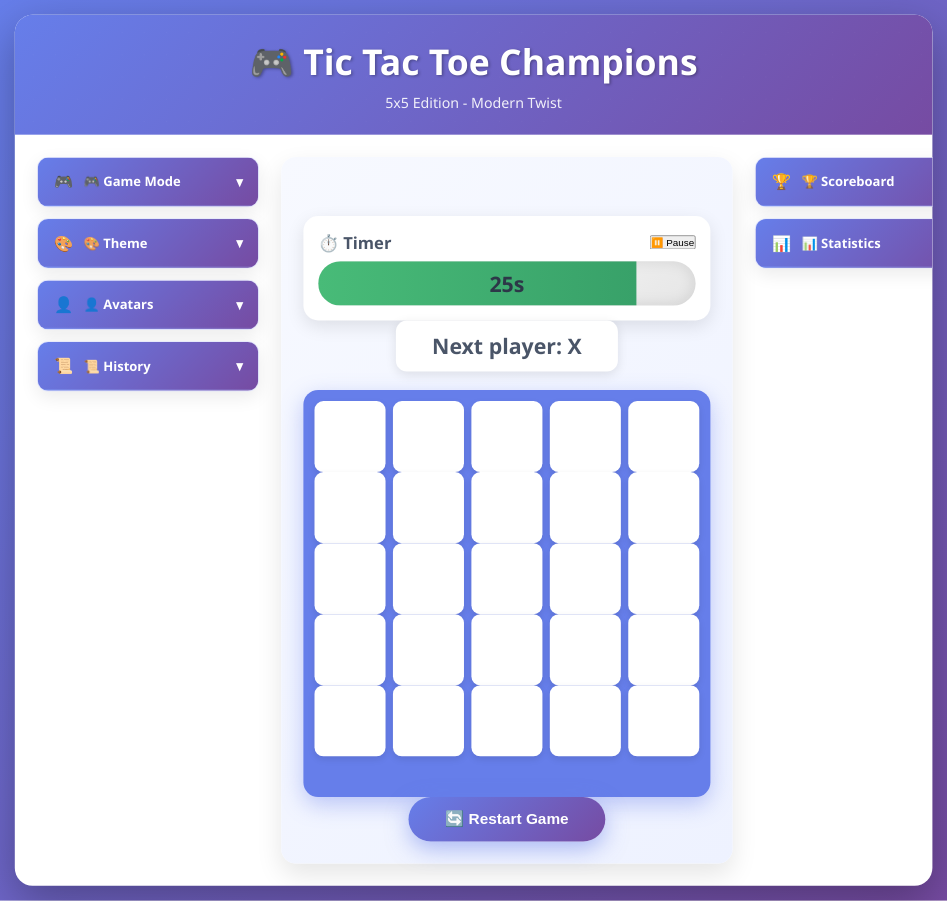
Repository: sofia123776/TIC-TAC-TOE
Page: /
An editor plug-in stored every save of this project. The page is shown before and after the next save, followed by the edit.
The browser window is 1280 px wide. The pictures show the whole page, at 74% of full size.
The project was rebuilt for these pictures with package versions that can differ from the ones it lists, and the page was loaded fresh each time. Also part of the build but not shown: vite.config.js.

Above is the page before, as saved 2025-12-09 17:52:38.

### index.html
<!doctype html>
<html lang="en">
  <head>
    <meta charset="UTF-8" />
    <link rel="icon" type="image/svg+xml" href="/vite.svg" />
    <meta name="viewport" content="width=device-width, initial-scale=1.0" />
    <title>tic-tac-toe</title>
  </head>
  <body>
    <div id="root"></div>
    <script type="module" src="/src/main.jsx"></script>
  </body>
</html>

### src/main.jsx
// src/main.jsx
import React from 'react'
import ReactDOM from 'react-dom/client'
import App from './App'
import './App.css'

ReactDOM.createRoot(document.getElementById('root')).render(
  <React.StrictMode>
    <App />
  </React.StrictMode>
)

### src/App.css
/* ===== RESET & BASE ===== */
* {
  margin: 0;
  padding: 0;
  box-sizing: border-box;
}

body {
  font-family: 'Segoe UI', Tahoma, Geneva, Verdana, sans-serif;
  background: linear-gradient(135deg, #667eea 0%, #764ba2 100%);
  min-height: 100vh;
  padding: 20px;
}

/* ===== MAIN CONTAINER ===== */
.game-container {
  max-width: 1400px;
  margin: 0 auto;
  background: white;
  border-radius: 24px;
  box-shadow: 0 20px 60px rgba(0, 0, 0, 0.3);
  overflow: hidden;
  min-height: 90vh;
}

/* ===== HEADER ===== */
.game-header {
  background: linear-gradient(135deg, #667eea 0%, #764ba2 100%);
  color: white;
  padding: 30px 40px;
  text-align: center;
  position: relative;
  overflow: hidden;
}

.game-header::before {
  content: '';
  position: absolute;
  top: -50%;
  left: -50%;
  width: 200%;
  height: 200%;
  background: radial-gradient(circle, rgba(255,255,255,0.1) 1px, transparent 1px);
  background-size: 30px 30px;
  opacity: 0.3;
}

.game-title {
  font-size: 3rem;
  font-weight: 800;
  margin-bottom: 10px;
  text-shadow: 2px 2px 4px rgba(0,0,0,0.3);
  position: relative;
  z-index: 1;
}

.header-subtitle {
  font-size: 1.2rem;
  opacity: 0.9;
  position: relative;
  z-index: 1;
}

/* ===== GAME CONTENT LAYOUT ===== */
.game-content {
  display: grid;
  grid-template-columns: 300px 1fr 300px;
  gap: 30px;
  padding: 30px;
  min-height: 700px;
}

/* ===== SIDEBARS ===== */
.sidebar {
  display: flex;
  flex-direction: column;
  gap: 15px;
}

/* ===== SIDEBAR PANELS ===== */
.sidebar-panel {
  background: #f8f9ff;
  border-radius: 15px;
  overflow: hidden;
  box-shadow: 0 8px 25px rgba(0, 0, 0, 0.08);
  border: 1px solid rgba(102, 126, 234, 0.1);
  transition: all 0.3s ease;
}

.sidebar-panel.closed {
  background: #f0f2ff;
}

.panel-header {
  padding: 18px 20px;
  display: flex;
  align-items: center;
  cursor: pointer;
  background: linear-gradient(135deg, #667eea 0%, #764ba2 100%);
  color: white;
  border-bottom: 2px solid rgba(255, 255, 255, 0.1);
  transition: all 0.3s;
}

.panel-header:hover {
  background: linear-gradient(135deg, #5a6fd8 0%, #6a4290 100%);
  padding-left: 25px;
}

.panel-icon {
  font-size: 1.3rem;
  margin-right: 12px;
  width: 30px;
  text-align: center;
}

.panel-title {
  flex: 1;
  font-weight: 700;
  font-size: 1.1rem;
}

.panel-toggle {
  font-size: 0.9rem;
  transition: transform 0.3s;
}

.sidebar-panel.open .panel-toggle {
  transform: rotate(180deg);
}

.panel-content {
  padding: 20px;
  max-height: 400px;
  overflow-y: auto;
  animation: slideDown 0.3s ease;
}

@keyframes slideDown {
  from {
    opacity: 0;
    transform: translateY(-10px);
  }
  to {
    opacity: 1;
    transform: translateY(0);
  }
}

/* ===== GAME MODE SECTION ===== */
.game-mode-selector {
  display: flex;
  flex-direction: column;
  gap: 12px;
  margin-bottom: 20px;
}

.mode-option {
  display: flex;
  align-items: center;
  gap: 15px;
  padding: 15px;
  background: white;
  border: 2px solid #e2e8f0;
  border-radius: 12px;
  cursor: pointer;
  transition: all 0.3s;
}

.mode-option:hover {
  border-color: #667eea;
  transform: translateX(5px);
}

.mode-option.active {
  background: linear-gradient(135deg, #667eea15 0%, #764ba215 100%);
  border-color: #667eea;
  box-shadow: 0 4px 15px rgba(102, 126, 234, 0.2);
}

.mode-icon {
  font-size: 1.5rem;
  width: 40px;
  height: 40px;
  display: flex;
  align-items: center;
  justify-content: center;
  background: linear-gradient(135deg, #667eea 0%, #764ba2 100%);
  color: white;
  border-radius: 10px;
}

/* ===== AI SETTINGS ===== */
.ai-settings {
  border-top: 2px solid #e2e8f0;
  padding-top: 20px;
  margin-top: 20px;
}

.setting-group {
  margin-bottom: 25px;
}

.setting-title {
  font-size: 1rem;
  color: #4a5568;
  margin-bottom: 12px;
  font-weight: 600;
}

.difficulty-options {
  display: flex;
  flex-direction: column;
  gap: 8px;
}

.difficulty-option {
  display: flex;
  align-items: center;
  gap: 10px;
  padding: 12px 15px;
  background: white;
  border: 2px solid #e2e8f0;
  border-radius: 10px;
  cursor: pointer;
  transition: all 0.3s;
}

.difficulty-option:hover {
  border-color: #667eea;
}

.difficulty-option.active {
  background: linear-gradient(135deg, #667eea10 0%, #764ba210 100%);
  border-color: #667eea;
}

.difficulty-dot {
  width: 12px;
  height: 12px;
  border-radius: 50%;
  margin-right: 5px;
}

.difficulty-dot.easy {
  background: #48bb78;
}

.difficulty-dot.medium {
  background: #ed8936;
}

.difficulty-dot.hard {
  background: #f56565;
}

.player-options {
  display: flex;
  gap: 10px;
}

.player-option {
  flex: 1;
  display: flex;
  flex-direction: column;
  align-items: center;
  padding: 15px;
  background: white;
  border: 2px solid #e2e8f0;
  border-radius: 12px;
  cursor: pointer;
  transition: all 0.3s;
  position: relative;
}

.player-option:hover {
  border-color: #667eea;
}

.player-option.active {
  background: linear-gradient(135deg, #667eea10 0%, #764ba210 100%);
  border-color: #667eea;
}

.option-avatar {
  width: 50px;
  height: 50px;
  border-radius: 50%;
  object-fit: cover;
  margin-bottom: 8px;
  border: 2px solid #e2e8f0;
}

.player-option.active .option-avatar {
  border-color: #667eea;
}

.player-badge {
  position: absolute;
  top: 8px;
  right: 8px;
  background: #48bb78;
  color: white;
  font-size: 0.7rem;
  padding: 2px 8px;
  border-radius: 10px;
}

.ai-info {
  margin-top: 20px;
  padding: 15px;
  background: #f0f7ff;
  border-radius: 10px;
  border-left: 4px solid #4299e1;
}

.ai-description {
  font-size: 0.9rem;
  color: #4a5568;
  text-align: center;
}

/* ===== THEME SELECTOR ===== */
.theme-options {
  display: flex;
  flex-direction: column;
  gap: 12px;
}

.theme-option {
  display: flex;
  align-items: center;
  gap: 15px;
  padding: 15px;
  background: white;
  border: 2px solid #e2e8f0;
  border-radius: 12px;
  cursor: pointer;
  transition: all 0.3s;
}

.theme-option:hover {
  transform: translateX(5px);
}

.theme-option.active {
  border-color: #667eea;
  box-shadow: 0 4px 15px rgba(102, 126, 234, 0.2);
}

.theme-preview {
  width: 40px;
  height: 40px;
  border-radius: 8px;
  border: 2px solid #e2e8f0;
}

.theme-preview.cyberpunk {
  background: linear-gradient(135deg, #0f0c29, #302b63);
}

.theme-preview.neon {
  background: linear-gradient(135deg, #000000, #1a1a2e);
}

.theme-preview.sunset {
  background: linear-gradient(135deg, #ff6b6b, #556270);
}

/* ===== MAIN GAME AREA ===== */
.main-game-area {
  display: flex;
  flex-direction: column;
  align-items: center;
  justify-content: center;
  gap: 25px;
}

.game-board-wrapper {
  background: linear-gradient(135deg, #f7f9ff 0%, #eef2ff 100%);
  padding: 30px;
  border-radius: 20px;
  box-shadow: 0 15px 35px rgba(0, 0, 0, 0.1);
  width: 100%;
  max-width: 700px;
}

/* ===== TIMER IN MAIN AREA ===== */
.timer-display-main {
  background: white;
  border-radius: 20px;
  padding: 20px;
  box-shadow: 0 8px 25px rgba(0, 0, 0, 0.1);
  width: 100%;
  max-width: 700px;
  margin-top: 50px;
}

.timer-header {
  display: flex;
  justify-content: space-between;
  align-items: center;
  margin-bottom: 10px;
}

.timer-header h3 {
  font-size: 1.4rem;
  color: #4a5568;
  display: flex;
  align-items: center;
  gap: 10px;
}

.timer-circle-main {
  position: relative;
  width: 100%;
  height: 60px;
  border-radius: 30px;
  background: linear-gradient(145deg, #ffffff, #e6e6e6);
  box-shadow: inset 0 0 20px rgba(0, 0, 0, 0.1);
  overflow: hidden;
}

.timer-circle-main.warning {
  background: linear-gradient(145deg, #fff5f5, #fed7d7);
}

.timer-value {
  position: absolute;
  top: 50%;
  left: 50%;
  transform: translate(-50%, -50%);
  font-size: 1.8rem;
  font-weight: 800;
  color: #2d3748;
  z-index: 2;
}

.timer-progress {
  position: absolute;
  top: 0;
  left: 0;
  height: 100%;
  background: linear-gradient(to right, #48bb78, #38a169);
  transition: width 1s linear;
}

.timer-circle-main.warning .timer-progress {
  background: linear-gradient(to right, #f56565, #e53e3e);
}

/* ===== 5x5 GAME BOARD - FIXED ===== */
.board-container {
  display: flex;
  flex-direction: column;
  align-items: center;
  gap: 25px;
}

.status {
  font-size: 1.8rem;
  font-weight: 700;
  color: #4a5568;
  text-align: center;
  padding: 15px 30px;
  background: white;
  border-radius: 15px;
  box-shadow: 0 4px 15px rgba(0, 0, 0, 0.1);
  min-width: 300px;
}

.status.winner {
  background: linear-gradient(135deg, #48bb78, #38a169);
  color: white;
  animation: pulse 2s infinite;
}

@keyframes pulse {
  0%, 100% { transform: scale(1); }
  50% { transform: scale(1.05); }
}

.board-grid {
  display: grid;
  grid-template-columns: repeat(5, 1fr);
  grid-template-rows: repeat(5, 1fr);
  gap: 10px;
  background: #667eea;
  padding: 15px;
  border-radius: 20px;
  box-shadow: 0 10px 30px rgba(102, 126, 234, 0.4);
  width: 550px;
  height: 550px;
}

.square {
  background: white;
  border: none;
  border-radius: 12px;
  display: flex;
  align-items: center;
  justify-content: center;
  cursor: pointer;
  transition: all 0.3s;
  box-shadow: 0 4px 10px rgba(0, 0, 0, 0.1);
  width: 100%;
  height: 100%;
  min-width: 0;
  min-height: 0;
}

.square:hover {
  background: #f7fafc;
  transform: scale(1.05);
  box-shadow: 0 6px 20px rgba(0, 0, 0, 0.15);
}

.square.highlight {
  background: linear-gradient(135deg, #f6e05e, #d69e2e);
  animation: highlight-pulse 1.5s infinite;
}

@keyframes highlight-pulse {
  0%, 100% { box-shadow: 0 0 20px rgba(246, 224, 94, 0.6); }
  50% { box-shadow: 0 0 30px rgba(246, 224, 94, 0.9); }
}

.avatar-img {
  width: 60px;
  height: 60px;
  border-radius: 50%;
  object-fit: cover;
  border: 3px solid #e2e8f0;
}

/* ===== AI INDICATOR ===== */
.ai-indicator {
  background: white;
  border-radius: 15px;
  padding: 15px;
  margin-bottom: 20px;
  box-shadow: 0 4px 15px rgba(0, 0, 0, 0.1);
}

.ai-labels {
  display: flex;
  justify-content: space-between;
  align-items: center;
}

.ai-label {
  flex: 1;
  text-align: center;
  padding: 10px;
  border-radius: 10px;
  font-weight: 600;
  font-size: 1.1rem;
}

.ai-label.ai {
  background: linear-gradient(135deg, #f5656510 0%, #e53e3e10 100%);
  color: #e53e3e;
}

.ai-label.human {
  background: linear-gradient(135deg, #48bb7810 0%, #38a16910 100%);
  color: #38a169;
}

.ai-label-vs {
  padding: 0 20px;
  font-weight: 700;
  color: #4a5568;
}

/* ===== ACTION BUTTONS ===== */
.action-buttons {
  display: flex;
  justify-content: center;
  width: 100%;
  max-width: 700px;
}

.restart-btn-main {
  padding: 18px 50px;
  font-size: 1.3rem;
  font-weight: 700;
  background: linear-gradient(135deg, #667eea 0%, #764ba2 100%);
  color: white;
  border: none;
  border-radius: 50px;
  cursor: pointer;
  transition: all 0.3s;
  box-shadow: 0 10px 30px rgba(102, 126, 234, 0.5);
}

.restart-btn-main:hover {
  transform: scale(1.05);
  box-shadow: 0 15px 40px rgba(102, 126, 234, 0.7);
}

/* ===== AVATAR SELECTION - FIXED ===== */
.avatar-selection-grid {
  display: flex;
  flex-direction: column;
  gap: 25px;
}

.avatar-selector-compact {
  display: flex;
  flex-direction: column;
  align-items: center;
  gap: 15px;
  padding: 15px;
  background: white;
  border-radius: 15px;
  border: 2px solid #e2e8f0;
}

.player-label {
  font-weight: 700;
  color: #4a5568;
  font-size: 1.1rem;
  text-transform: uppercase;
  letter-spacing: 1px;
  text-align: center;
  width: 100%;
  padding-bottom: 10px;
  border-bottom: 2px solid #e2e8f0;
}

.current-avatar {
  width: 80px;
  height: 80px;
  border-radius: 50%;
  overflow: hidden;
  border: 4px solid #667eea;
  box-shadow: 0 4px 15px rgba(102, 126, 234, 0.3);
}

.current-avatar img {
  width: 100%;
  height: 100%;
  object-fit: cover;
  display: block;
}

.avatar-options-compact {
  display: flex;
  flex-wrap: wrap;
  gap: 10px;
  justify-content: center;
}

.avatar-option-compact {
  width: 50px;
  height: 50px;
  border-radius: 50%;
  overflow: hidden;
  cursor: pointer;
  border: 3px solid #cbd5e0;
  transition: all 0.3s;
  flex-shrink: 0;
}

.avatar-option-compact:hover {
  transform: scale(1.1);
  border-color: #667eea;
}

.avatar-option-compact.selected {
  border-color: #48bb78;
  transform: scale(1.15);
  box-shadow: 0 4px 15px rgba(72, 187, 120, 0.4);
}

.avatar-option-compact img {
  width: 100%;
  height: 100%;
  object-fit: cover;
  display: block;
}

/* ===== SCOREBOARD ===== */
.scoreboard-cards {
  display: flex;
  flex-direction: column;
  gap: 15px;
}

.score-card {
  display: flex;
  align-items: center;
  gap: 20px;
  padding: 20px;
  background: white;
  border-radius: 15px;
  box-shadow: 0 4px 15px rgba(0, 0, 0, 0.08);
  transition: transform 0.3s;
}

.score-card:hover {
  transform: translateY(-3px);
}

.player-x-score {
  border-left: 5px solid #f56565;
}

.player-o-score {
  border-left: 5px solid #4299e1;
}

.draws-score {
  border-left: 5px solid #ed8936;
}

.score-avatar {
  width: 60px;
  height: 60px;
  border-radius: 50%;
  overflow: hidden;
  flex-shrink: 0;
  position: relative;
}

.score-avatar img {
  width: 100%;
  height: 100%;
  object-fit: cover;
  display: block;
}

.ai-badge {
  position: absolute;
  bottom: -5px;
  right: -5px;
  background: #f56565;
  color: white;
  width: 25px;
  height: 25px;
  border-radius: 50%;
  display: flex;
  align-items: center;
  justify-content: center;
  font-size: 0.8rem;
  border: 2px solid white;
}

.score-info {
  flex: 1;
}

.score-info h4 {
  font-size: 1.1rem;
  color: #4a5568;
  margin-bottom: 5px;
}

.score-value {
  font-size: 2.5rem;
  font-weight: 800;
  color: #2d3748;
  line-height: 1;
}

.score-label {
  font-size: 0.9rem;
  color: #a0aec0;
  margin-top: 2px;
}

/* ===== PLAYER STATISTICS ===== */
.player-tabs {
  display: flex;
  gap: 10px;
  margin-bottom: 20px;
}

.player-tab {
  flex: 1;
  display: flex;
  flex-direction: column;
  align-items: center;
  gap: 8px;
  padding: 15px;
  background: white;
  border-radius: 15px;
  cursor: pointer;
  transition: all 0.3s;
  border: 2px solid #e2e8f0;
}

.player-tab:hover {
  border-color: #667eea;
}

.player-tab.active {
  background: linear-gradient(135deg, #667eea 0%, #764ba2 100%);
  color: white;
  border-color: #667eea;
  transform: translateY(-2px);
  box-shadow: 0 6px 20px rgba(102, 126, 234, 0.4);
}

.tab-avatar {
  width: 40px;
  height: 40px;
  border-radius: 50%;
  object-fit: cover;
}

.player-tab.active .tab-avatar {
  border: 2px solid white;
}

.stats-grid {
  display: grid;
  grid-template-columns: repeat(2, 1fr);
  gap: 15px;
  margin-bottom: 20px;
}

.stat-box {
  background: white;
  border-radius: 15px;
  padding: 15px;
  display: flex;
  align-items: center;
  gap: 15px;
  box-shadow: 0 4px 12px rgba(0, 0, 0, 0.05);
}

.stat-icon {
  font-size: 2rem;
  width: 50px;
  height: 50px;
  display: flex;
  align-items: center;
  justify-content: center;
  background: linear-gradient(135deg, #667eea 0%, #764ba2 100%);
  color: white;
  border-radius: 12px;
}

.stat-content {
  flex: 1;
}

.stat-value {
  font-size: 1.5rem;
  font-weight: 800;
  color: #2d3748;
  line-height: 1;
}

.stat-label {
  font-size: 0.8rem;
  color: #a0aec0;
  margin-top: 10px;
}

.detailed-stats {
  background: white;
  border-radius: 15px;
  padding: 20px;
  box-shadow: 0 4px 12px rgba(0, 0, 0, 0.05);
}

.detailed-stat {
  display: flex;
  justify-content: space-between;
  align-items: center;
  padding: 10px 0;
  border-bottom: 1px solid #e2e8f0;
}

.detailed-stat:last-child {
  border-bottom: none;
}

.stat-number {
  font-weight: 700;
  font-size: 1.2rem;
}

.stat-number.win {
  color: #48bb78;
}

.stat-number.loss {
  color: #f56565;
}

.player-stats {
  display: none;
}

.player-stats.active {
  display: block;
  animation: fadeIn 0.5s ease;
}

@keyframes fadeIn {
  from { opacity: 0; transform: translateY(10px); }
  to { opacity: 1; transform: translateY(0); }
}

/* ===== AI THINKING INDICATOR ===== */
.ai-thinking-indicator {
  position: fixed;
  top: 0;
  left: 0;
  right: 0;
  bottom: 0;
  background: rgba(0, 0, 0, 0.8);
  display: flex;
  align-items: center;
  justify-content: center;
  z-index: 1000;
  backdrop-filter: blur(10px);
}

.ai-thinking-content {
  background: white;
  padding: 40px;
  border-radius: 20px;
  text-align: center;
  box-shadow: 0 20px 60px rgba(0, 0, 0, 0.4);
  animation: popIn 0.6s cubic-bezier(0.68, -0.55, 0.265, 1.55);
}

.thinking-dots {
  font-size: 3rem;
  margin-bottom: 15px;
}

.thinking-dots .dot {
  animation: blink 1.5s infinite;
  opacity: 0;
}

.thinking-dots .dot:nth-child(2) { animation-delay: 0.2s; }
.thinking-dots .dot:nth-child(3) { animation-delay: 0.4s; }

@keyframes blink {
  0%, 100% { opacity: 0.2; }
  50% { opacity: 1; }
}

.ai-thinking-content p {
  font-size: 1.2rem;
  color: #4a5568;
  font-weight: 600;
}

/* ===== GAME OVER POPUP ===== */
.game-over-overlay {
  position: fixed;
  top: 0;
  left: 0;
  right: 0;
  bottom: 0;
  background: rgba(0, 0, 0, 0.8);
  display: flex;
  justify-content: center;
  align-items: center;
  z-index: 1000;
  backdrop-filter: blur(10px);
}

.game-over-box {
  background: white;
  padding: 50px;
  border-radius: 30px;
  text-align: center;
  max-width: 500px;
  width: 90%;
  box-shadow: 0 30px 60px rgba(0, 0, 0, 0.4);
  animation: popIn 0.6s cubic-bezier(0.68, -0.55, 0.265, 1.55);
}

@keyframes popIn {
  0% {
    opacity: 0;
    transform: scale(0.5) rotate(-10deg);
  }
  100% {
    opacity: 1;
    transform: scale(1) rotate(0deg);
  }
}

.celebration {
  font-size: 4rem;
  margin-bottom: 20px;
  animation: bounce 2s infinite;
}

@keyframes bounce {
  0%, 100% { transform: translateY(0); }
  50% { transform: translateY(-20px); }
}

.game-over-box h2 {
  font-size: 2.5rem;
  color: #2d3748;
  margin-bottom: 15px;
}

.ai-result-message {
  background: linear-gradient(135deg, #667eea10 0%, #764ba210 100%);
  padding: 15px;
  border-radius: 15px;
  margin: 20px 0;
  font-size: 1.2rem;
  color: #4a5568;
}

.ai-difficulty-tag {
  display: inline-block;
  background: #667eea;
  color: white;
  padding: 5px 15px;
  border-radius: 20px;
  font-size: 0.9rem;
  margin-top: 8px;
}

.popup-message {
  font-size: 1.2rem;
  color: #718096;
  margin-bottom: 30px;
}

.restart-btn {
  padding: 18px 50px;
  font-size: 1.3rem;
  font-weight: 700;
  background: linear-gradient(135deg, #667eea 0%, #764ba2 100%);
  color: white;
  border: none;
  border-radius: 50px;
  cursor: pointer;
  transition: all 0.3s;
  box-shadow: 0 10px 30px rgba(102, 126, 234, 0.5);
}

.restart-btn:hover {
  transform: scale(1.05);
  box-shadow: 0 15px 40px rgba(102, 126, 234, 0.7);
}

/* ===== RESPONSIVE DESIGN ===== */
@media (max-width: 1200px) {
  .game-content {
    grid-template-columns: 280px 1fr 280px;
  }

  .board-grid {
    width: 500px;
    height: 500px;
  }
}

@media (max-width: 1100px) {
  .game-content {
    grid-template-columns: 250px 1fr 250px;
  }

  .board-grid {
    width: 450px;
    height: 450px;
  }

  .avatar-img {
    width: 50px;
    height: 50px;
  }
}

@media (max-width: 900px) {
  .game-content {
    grid-template-columns: 1fr;
    grid-template-rows: auto auto;
    gap: 20px;
  }

  .sidebar {
    flex-direction: row;
    flex-wrap: wrap;
  }

  .sidebar-panel {
    flex: 1;
    min-width: 300px;
  }

  .main-game-area {
    order: 1;
  }

  .left-sidebar {
    order: 2;
  }

  .right-sidebar {
    order: 3;
  }

  .board-grid {
    width: 400px;
    height: 400px;
  }
}

@media (max-width: 600px) {
  .game-content {
    padding: 15px;
  }

  .sidebar-panel {
    min-width: 100%;
  }

  .board-grid {
    width: 350px;
    height: 350px;
    gap: 30px;
    padding: 10px;
  }

  .avatar-img {
    width: 40px;
    height: 40px;
  }

  .stats-grid {
    grid-template-columns: 1fr;
  }

  .game-title {
    font-size: 2rem;
  }

  .header-subtitle {
    font-size: 1rem;
  }

  .timer-value {
    font-size: 1.5rem;
  }

  .restart-btn-main {
    padding: 15px 30px;
    font-size: 1.1rem;
  }
}

Loaded but not shown: src/App.jsx (1070 lines, source omitted)

After the next save:
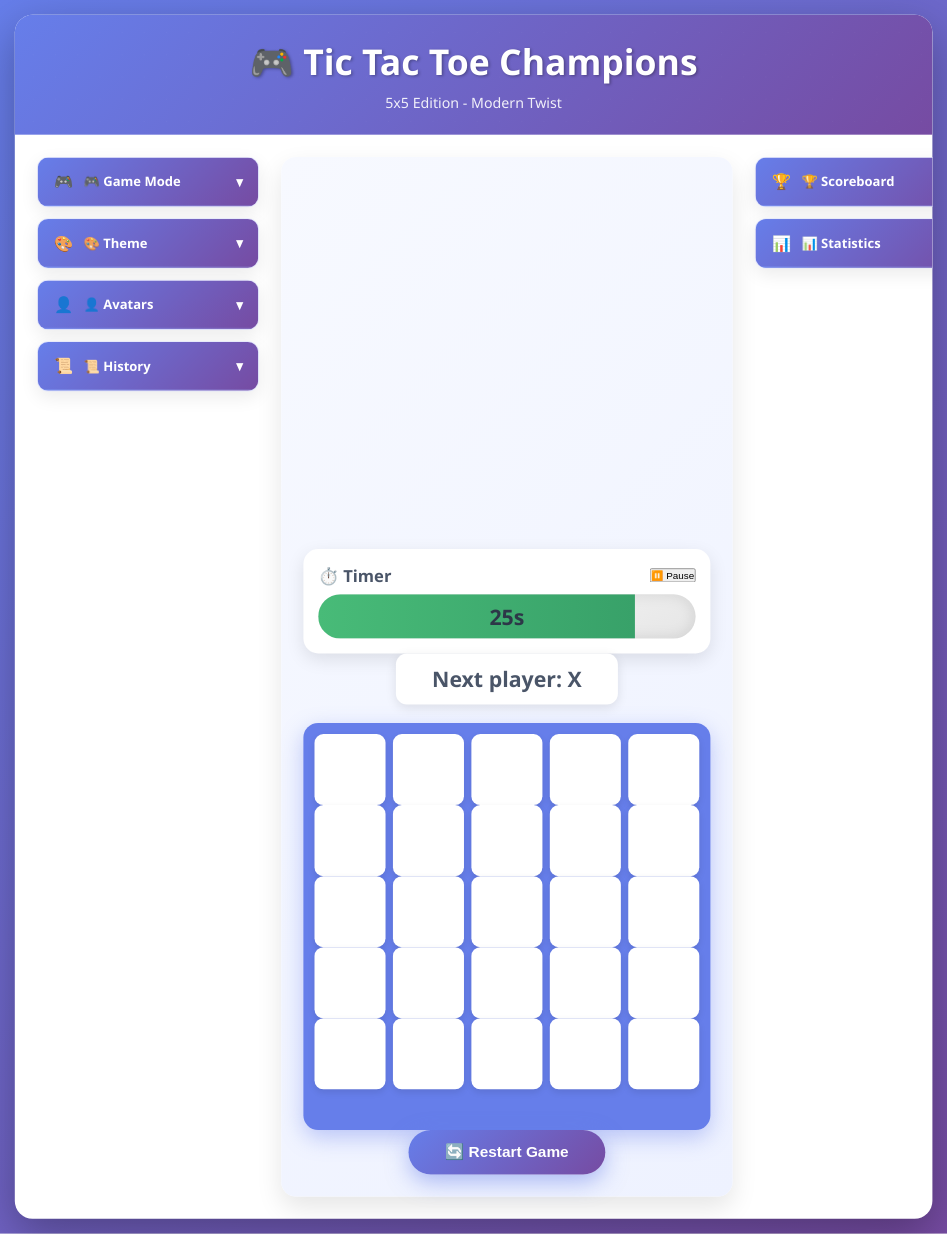
Saved 24 s later.
--- a/src/App.css
+++ b/src/App.css
@@ -393,7 +393,7 @@ body {
   box-shadow: 0 8px 25px rgba(0, 0, 0, 0.1);
   width: 100%;
   max-width: 700px;
-  margin-top: 50px;
+  margin-top: 500px;
 }
 
 .timer-header {
